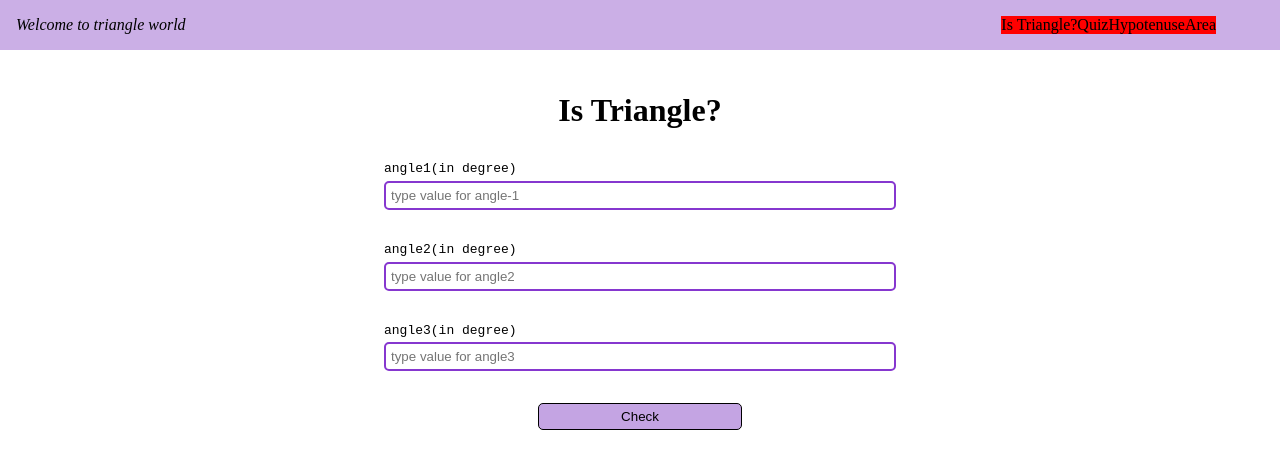
Repository: patelamancode/Fun-with-trianles
Page: index.html
An editor plug-in stored every save of this project. The page is shown before and after the next save, followed by the edit.
The browser window is 1280 px wide. The pictures show the whole page.

Above is the page before, as saved 2022-11-28 15:53:44.

After the next save:
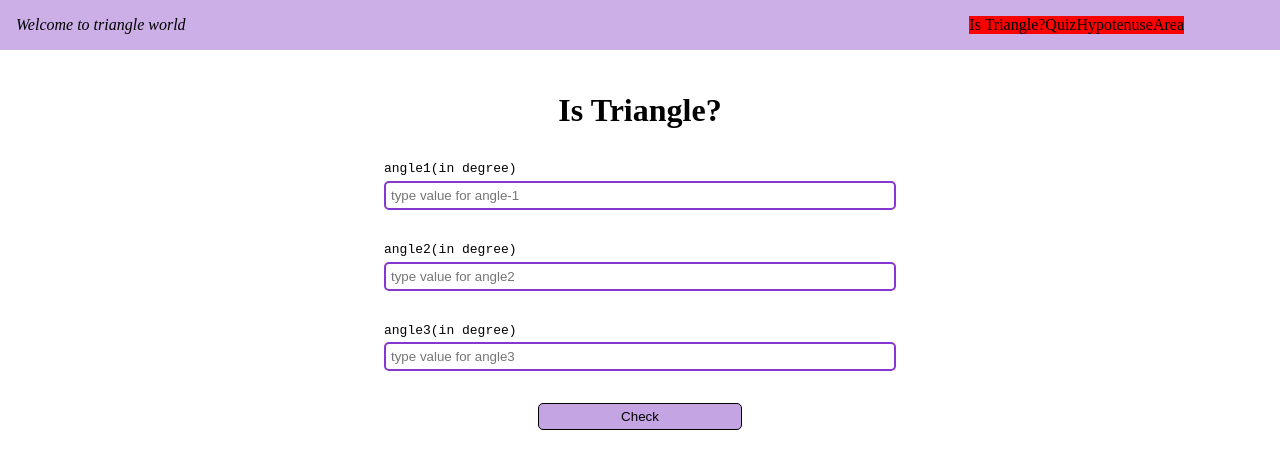
Saved 11 s later.
--- a/index.css
+++ b/index.css
@@ -19,7 +19,7 @@
     background-color: red;
     display: flex;
     flex-direction: row;
-    margin-right: 3rem;
+    margin-right: 5rem;
 }
 
 #main-container {
